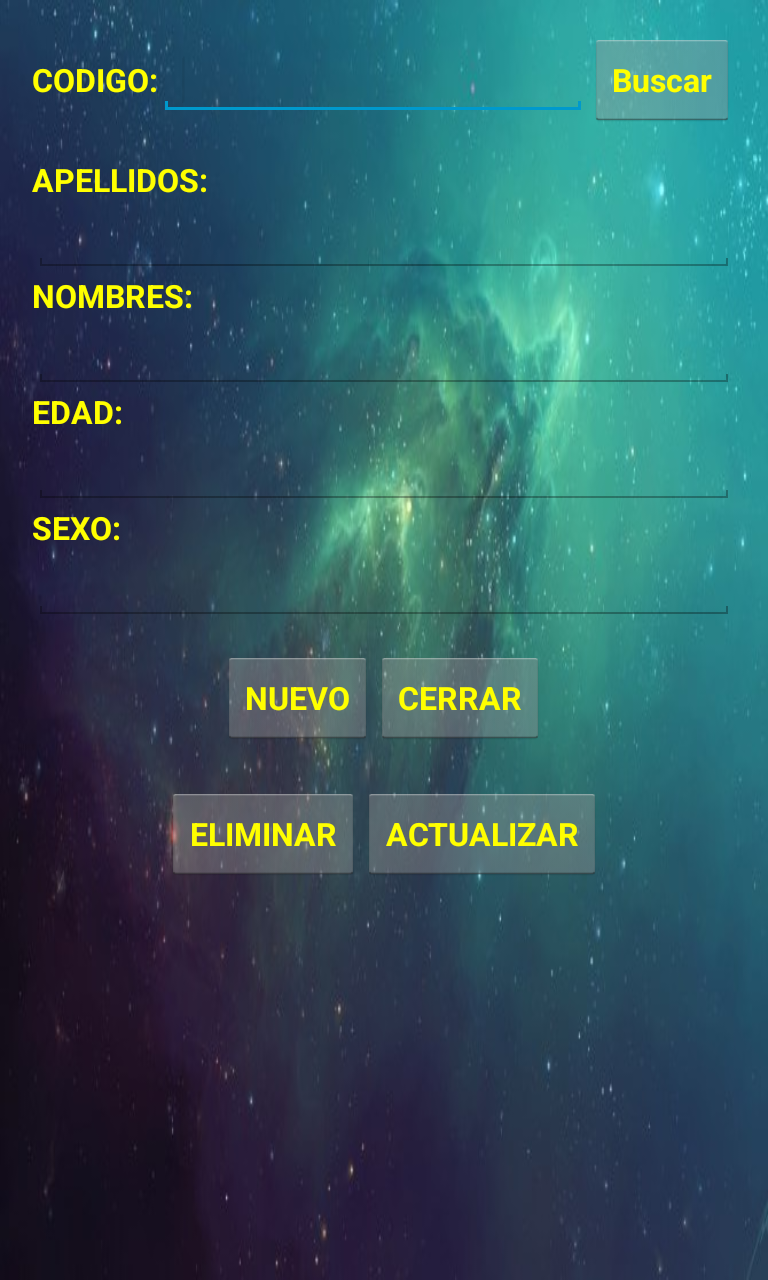
Repository: sherildyasmin06/MantenimientoconSQLite
Layout: Sqllite01/res/layout/activity_busqueda.xml
These files come from the project's save history. The layout is drawn as it stood at one moment and after the next save; the edit follows.
It is drawn on a 768 x 1280 px phone screen (xhdpi) without system bars, with theme AppTheme; the app's code is not run.

Above is the layout before, as saved 2017-11-08 23:49:04.

### Sqllite01/res/layout/activity_busqueda.xml
<RelativeLayout xmlns:android="http://schemas.android.com/apk/res/android"
    xmlns:tools="http://schemas.android.com/tools"
    android:layout_width="match_parent"
    android:layout_height="match_parent"
    android:background="@drawable/fondo03"
    android:gravity="center_horizontal"
    android:paddingBottom="@dimen/activity_vertical_margin"
    android:paddingLeft="@dimen/activity_horizontal_margin"
    android:paddingRight="@dimen/activity_horizontal_margin"
    android:paddingTop="@dimen/activity_vertical_margin"
    tools:context=".Busqueda" >

    <LinearLayout
        android:id="@+id/linearLayout1"
        android:layout_width="match_parent"
        android:layout_height="wrap_content"
        android:layout_alignParentTop="true"
        android:layout_centerHorizontal="true" >

        <TextView
            android:id="@+id/textView1"
            android:layout_width="wrap_content"
            android:layout_height="wrap_content"
            android:text="@string/tcodigo"
            android:textColor="#ffff00"
            android:textSize="16sp"
            android:textStyle="bold" />

        <EditText
            android:id="@+id/txtbuscodigo"
            android:layout_width="94dp"
            android:layout_height="wrap_content"
            android:layout_weight="0.67"
            android:ems="10"
            android:textSize="16sp" >

            <requestFocus />
        </EditText>

        <Button
            android:id="@+id/btnbusqueda"
            android:layout_width="wrap_content"
            android:layout_height="wrap_content"
            android:text="@string/bbuscar"
            android:textColor="#ffff00"
            android:textSize="16sp"
            android:textStyle="bold" />
    </LinearLayout>

    <LinearLayout
        android:id="@+id/linearLayout2"
        android:layout_width="match_parent"
        android:layout_height="wrap_content"
        android:layout_alignLeft="@+id/linearLayout1"
        android:layout_below="@+id/linearLayout1"
        android:layout_marginTop="15dp"
        android:orientation="vertical" >

        <TextView
            android:id="@+id/textView2"
            android:layout_width="wrap_content"
            android:layout_height="wrap_content"
            android:text="@string/tapellidos"
            android:textColor="#ffff00"
            android:textSize="16sp"
            android:textStyle="bold" />

        <EditText
            android:id="@+id/txtbusape"
            android:layout_width="match_parent"
            android:layout_height="wrap_content"
            android:ems="10"
            android:textSize="16sp" />

        <TextView
            android:id="@+id/textView3"
            android:layout_width="wrap_content"
            android:layout_height="wrap_content"
            android:text="@string/tnombres"
            android:textColor="#ffff00"
            android:textSize="16sp"
            android:textStyle="bold" />

        <EditText
            android:id="@+id/txtbusnom"
            android:layout_width="match_parent"
            android:layout_height="wrap_content"
            android:ems="10"
            android:textSize="16sp" />

        <TextView
            android:id="@+id/textView4"
            android:layout_width="wrap_content"
            android:layout_height="wrap_content"
            android:text="@string/tedad"
            android:textColor="#ffff00"
            android:textSize="16sp"
            android:textStyle="bold" />

        <EditText
            android:id="@+id/txtbusedad"
            android:layout_width="match_parent"
            android:layout_height="wrap_content"
            android:ems="10"
            android:textSize="16sp" />

        <TextView
            android:id="@+id/textView5"
            android:layout_width="wrap_content"
            android:layout_height="wrap_content"
            android:text="@string/tsexo"
            android:textColor="#ffff00"
            android:textSize="16sp"
            android:textStyle="bold" />

        <EditText
            android:id="@+id/txtbussexo"
            android:layout_width="match_parent"
            android:layout_height="wrap_content"
            android:ems="10"
            android:textSize="16sp" />

    </LinearLayout>

    <LinearLayout
        android:id="@+id/linearLayout3"
        android:layout_width="wrap_content"
        android:layout_height="wrap_content"
        android:layout_below="@+id/linearLayout2"
        android:layout_centerHorizontal="true"
        android:layout_marginTop="14dp" >

        <Button
            android:id="@+id/btnnuevobus"
            android:layout_width="wrap_content"
            android:layout_height="wrap_content"
            android:text="NUEVO"
            android:textColor="#ffff00"
            android:textSize="16sp"
            android:textStyle="bold" />

        <Button
            android:id="@+id/btncerrarbus"
            android:layout_width="wrap_content"
            android:layout_height="wrap_content"
            android:text="CERRAR"
            android:textColor="#ffff00"
            android:textSize="16sp"
            android:textStyle="bold" />
    </LinearLayout>

    <LinearLayout
        android:layout_width="wrap_content"
        android:layout_height="match_parent"
        android:layout_below="@+id/linearLayout3"
        android:layout_centerHorizontal="true"
        android:layout_marginTop="20dp" >

        <Button
            android:id="@+id/btneliminar"
            android:layout_width="wrap_content"
            android:layout_height="wrap_content"
            android:text="ELIMINAR"
            android:textColor="#ffff00"
            android:textSize="16sp"
            android:textStyle="bold" />

        <Button
            android:id="@+id/btnactualizar"
            android:layout_width="wrap_content"
            android:layout_height="wrap_content"
            android:text="ACTUALIZAR"
            android:textColor="#ffff00"
            android:textSize="16sp"
            android:textStyle="bold" />

    </LinearLayout>

</RelativeLayout>

### Sqllite01/res/values/strings.xml
<?xml version="1.0" encoding="utf-8"?>
<resources>

    <string name="app_name">Mantenimiento</string>
    <string name="action_settings">Settings</string>
    <string name="hello_world">Hello world!</string>
    <string name="title_activity_ingreso">Ingreso de Alumnos</string>
    <string name="tcodigo">CODIGO:</string>
    <string name="tapellidos">APELLIDOS:</string>
    <string name="tnombres">NOMBRES:</string>
    <string name="tedad">EDAD:</string>
    <string name="tsexo">SEXO:</string>
    <string name="title_activity_listado">Listado de Datos</string>
    <string name="bcerrar">CERRAR:</string>
    <string name="title_activity_busqueda">Busqueda de datos</string>
    <string name="bbuscar">Buscar</string>

</resources>

Loaded but not shown: Sqllite01/res/values/styles.xml (common file); Sqllite01/res/values-v11/styles.xml (common file); Sqllite01/res/values-v14/styles.xml (common file); Sqllite01/res/values/dimens.xml (common file)

After the next save:
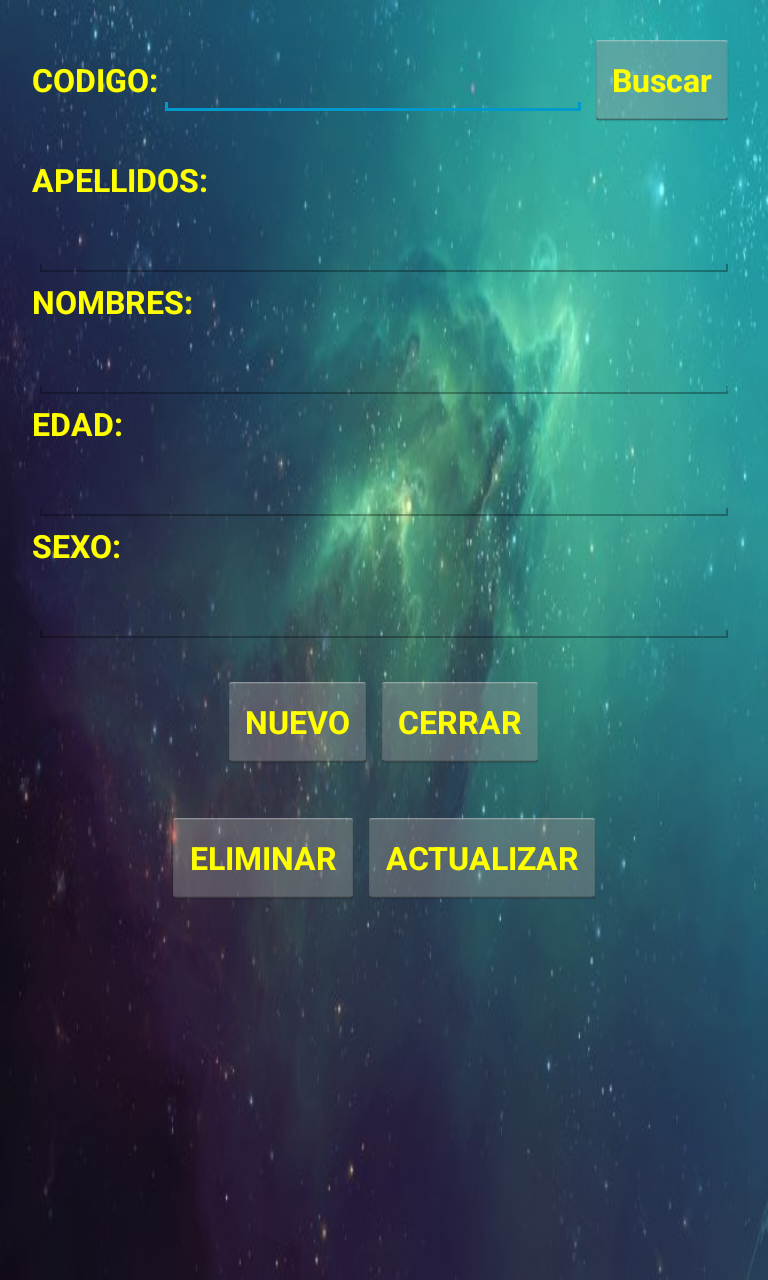
Saved 10 min 7 s later.
--- a/Sqllite01/res/layout/activity_busqueda.xml
+++ b/Sqllite01/res/layout/activity_busqueda.xml
@@ -32,7 +32,8 @@
             android:layout_height="wrap_content"
             android:layout_weight="0.67"
             android:ems="10"
-            android:textSize="16sp" >
+            android:textColor="#ffffff"
+            android:textSize="18sp" >
 
             <requestFocus />
         </EditText>
@@ -70,7 +71,8 @@
             android:layout_width="match_parent"
             android:layout_height="wrap_content"
             android:ems="10"
-            android:textSize="16sp" />
+            android:textColor="#ffffff"
+            android:textSize="18sp" />
 
         <TextView
             android:id="@+id/textView3"
@@ -86,7 +88,8 @@
             android:layout_width="match_parent"
             android:layout_height="wrap_content"
             android:ems="10"
-            android:textSize="16sp" />
+            android:textColor="#ffffff"
+            android:textSize="18sp" />
 
         <TextView
             android:id="@+id/textView4"
@@ -102,7 +105,8 @@
             android:layout_width="match_parent"
             android:layout_height="wrap_content"
             android:ems="10"
-            android:textSize="16sp" />
+            android:textColor="#ffffff"
+            android:textSize="18sp" />
 
         <TextView
             android:id="@+id/textView5"
@@ -118,7 +122,8 @@
             android:layout_width="match_parent"
             android:layout_height="wrap_content"
             android:ems="10"
-            android:textSize="16sp" />
+            android:textColor="#ffffff"
+            android:textSize="18sp" />
 
     </LinearLayout>
 
